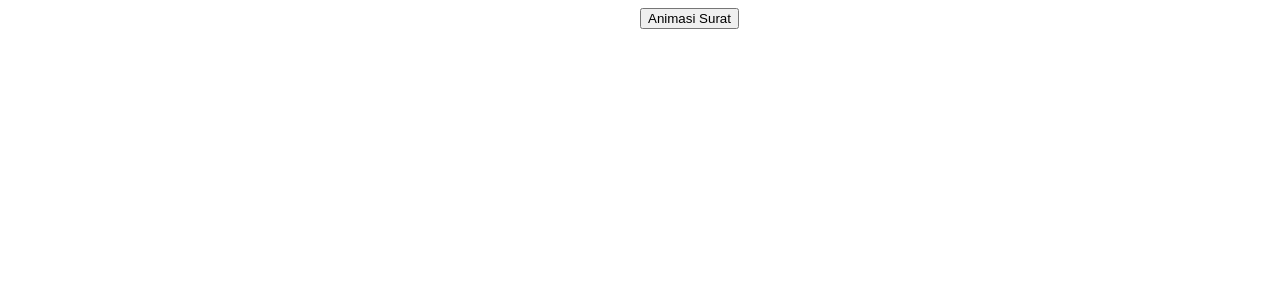
Repository: Irantsitumorang/projectRepo1
Page: BelajarJS/LatihanHTML/WebContent/suratj.html
These files come from the project's save history. The page is drawn as it stood at one moment and after the next save; the edit follows.
The browser window is 1280 px wide. The pictures show the whole page.

Above is the page before, as saved 2021-07-01 10:41:17.

After the next save:
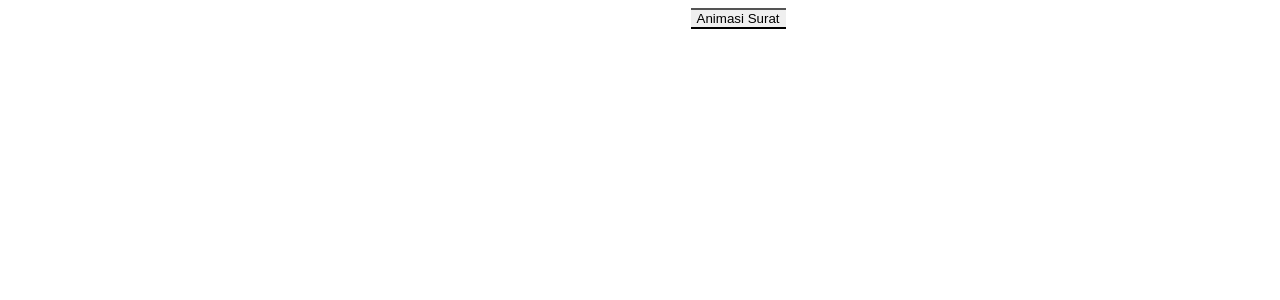
Saved 27 s later.
--- a/BelajarJS/LatihanHTML/WebContent/suratj.html
+++ b/BelajarJS/LatihanHTML/WebContent/suratj.html
@@ -9,11 +9,11 @@
 
     <style>
 
-/* 	#bg{
+	#bg{
 	margin-left: 54%;
 	border-left: 20px;
 	border-right: 20px;
-	} */
+	}
 
     #surat1 {
     width: 0;
@@ -64,9 +64,9 @@ $(document).ready(function(){
 </head>
 <body>
 
-<div id="kumpulan">
 <button id="bg">Animasi Surat</button><br><br>
 
+<div id="kumpulan">
 <div id="surat1" style="display:none; background-color:yellow;"></div><br>
 <div id="surat2" style="display:none; background-color:orange;"></div><br>
 <div id="surat3" style="display:none; background-color:blue;"></div>
